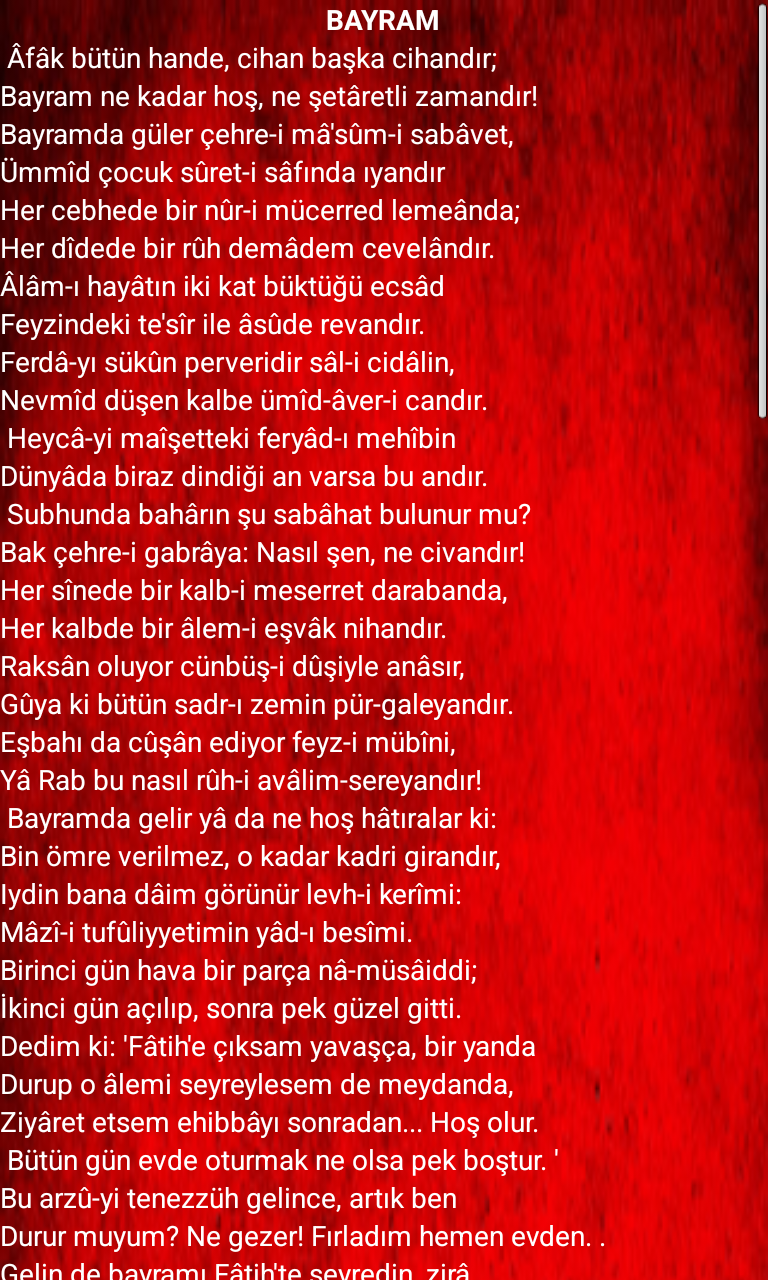
Repository: dokayazilim/Safahat-Android--Uygulamasi
Layout: safahat(android)/Safahat/res/layout/kitap10.xml
These files come from the project's save history. The layout is drawn as it stood at one moment and after the next save; the edit follows.
It is drawn on a 768 x 1280 px phone screen (xhdpi) without system bars, with theme android:Theme; the app's code is not run.

Above is the layout before, as saved 2012-09-06 12:15:07.

After the next save:
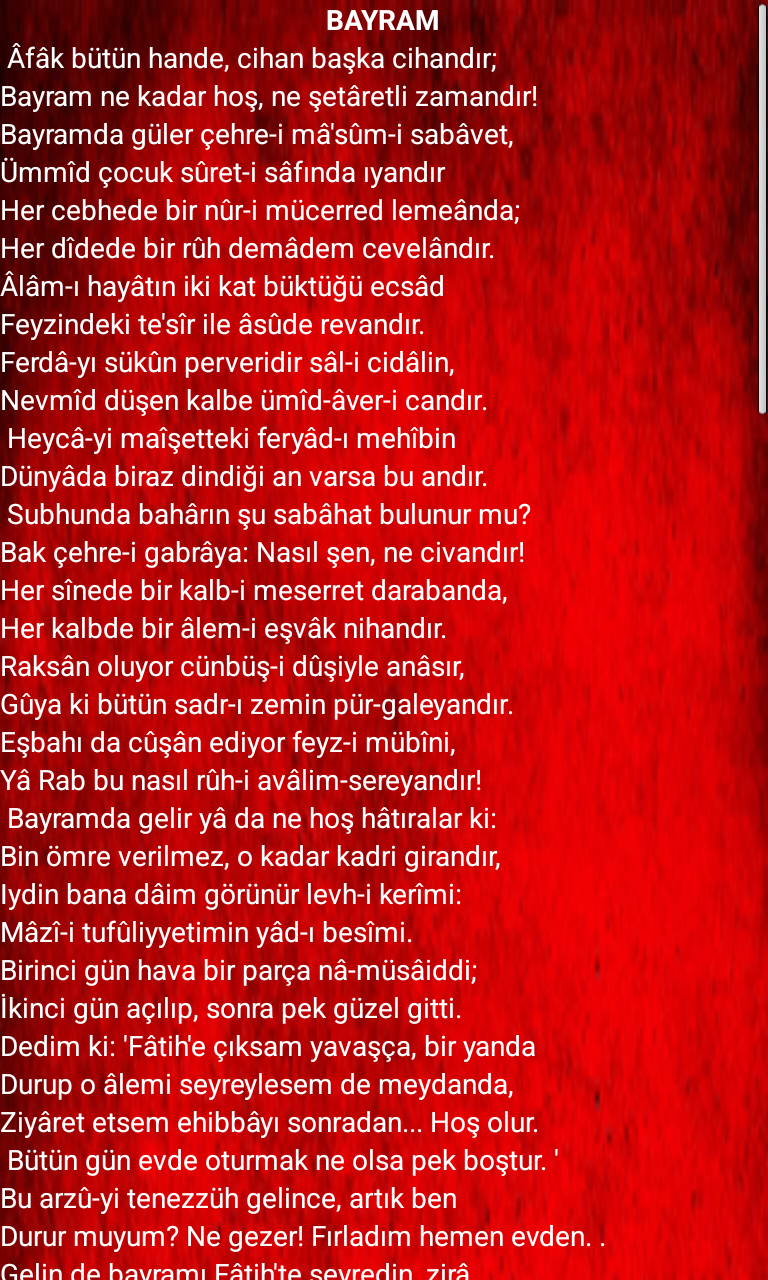
Saved 22 s later.
--- a/safahat(android)/Safahat/res/layout/kitap10.xml
+++ b/safahat(android)/Safahat/res/layout/kitap10.xml
@@ -427,7 +427,9 @@ Ferâğ-ı bâl ile birden geviş getirmedeler.
         android:id="@+id/textView78"
         android:layout_width="wrap_content"
         android:layout_height="wrap_content"
-        android:text="Göründü dîde-i medhûşa bir cihân-ı nüşûr! " android:textColor="#ffffff" />
+        android:text="Haydindi mini mini maşallah
+                       Kavuşuruz inşallah...'
+ " android:textColor="#ffffff" />
 <TextView
         android:id="@+id/textView79"
         android:layout_width="wrap_content"
